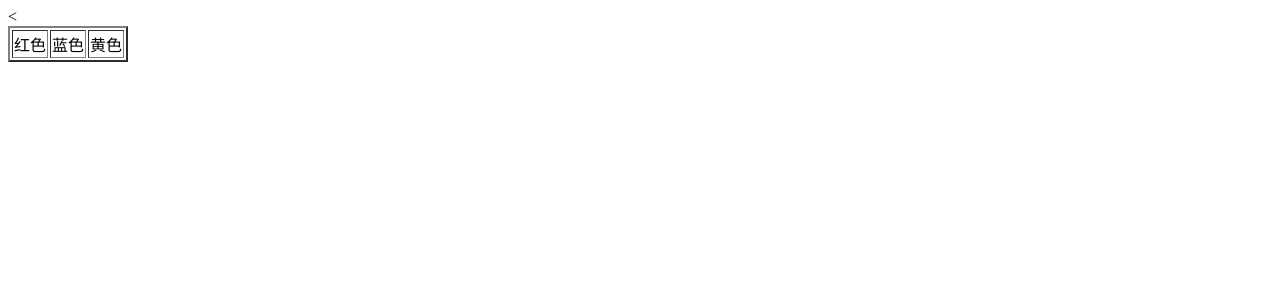
Repository: Yeyuehuke/Webstudy-Feidian
Page: 01-HTMLlearning/02-HTMLBasics/11-Tables.html
These files come from the project's save history. The page is drawn as it stood at one moment and after a run of saves; the edit follows.
The browser window is 1280 px wide. The pictures show the whole page.

Above is the page before, as saved 2020-05-17 15:06:58.

### 01-HTMLlearning/02-HTMLBasics/11-Tables.html
<html>
    <head>
        <title>我的网页</title>
    </head>
    <body>
        <table border="2">
            <tr>
                <td>红色</td>
                <td>蓝色</td>
                <td>黄色</td>
            </tr>
            <
        </table>
    </body>
</html>

After the next 2 saves:
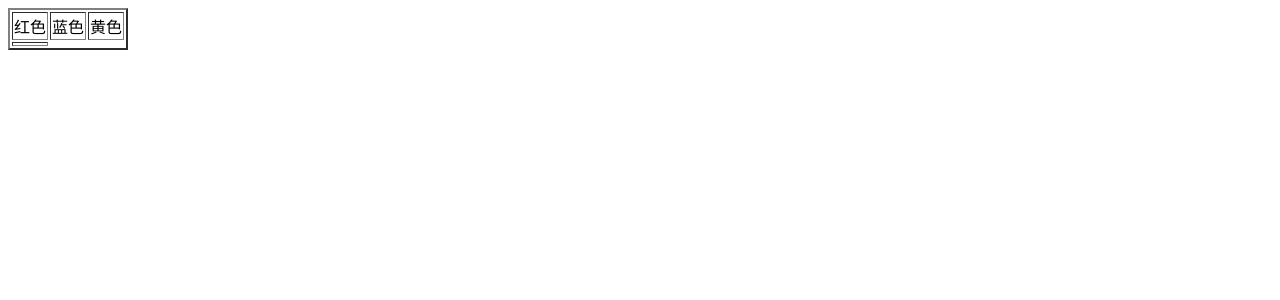
The 2 saves are shown as one change because they came seconds apart.
The last was saved 8 s later.
--- a/01-HTMLlearning/02-HTMLBasics/11-Tables.html
+++ b/01-HTMLlearning/02-HTMLBasics/11-Tables.html
@@ -9,7 +9,9 @@
                 <td>蓝色</td>
                 <td>黄色</td>
             </tr>
-            <
+            <tr>
+                <td
+            </tr>
         </table>
     </body>
 </html>
